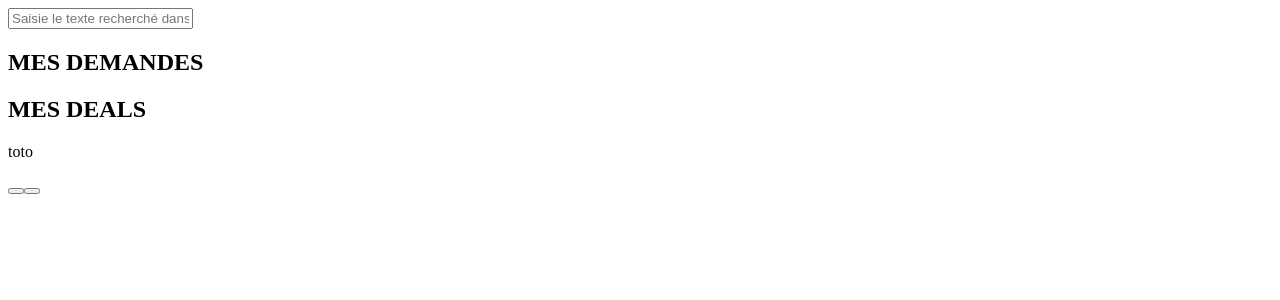
Repository: ProjetManiax/Projet-Maniax
Page: http://localhost/database/application/views/viewDeal.php
These files come from the project's save history. The page is drawn as it stood at one moment and after the next save; the edit follows.
The browser window is 1280 px wide. The pictures show the whole page.
The page is run by PHP 8.4 with error messages shown; the project is at /var/www/html/. application/core/MY_Config.php is not in the repository; a stand-in opens the database connection.

Above is the page before, as saved 2018-10-25 03:34:11.
Console error: SyntaxError: Unexpected token '<'

After the next save:
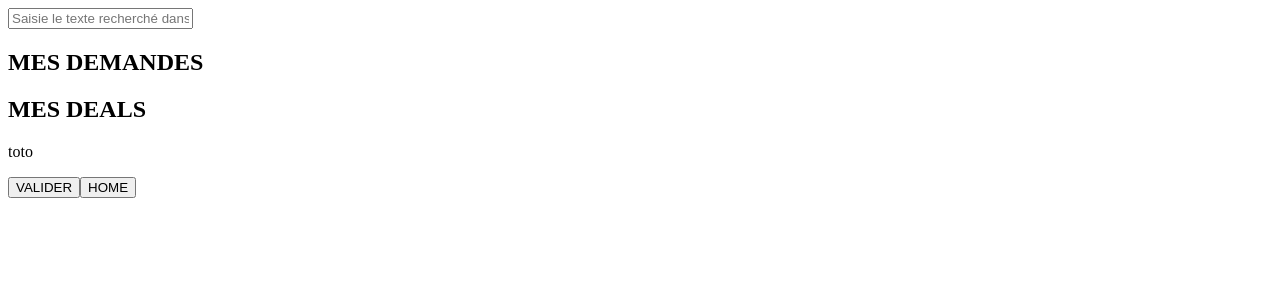
Saved 69 s later.
--- a/application/views/viewDeal.php
+++ b/application/views/viewDeal.php
@@ -33,8 +33,9 @@
         </div>
     </div>
     <div>
-    <div class="row"></div>
-        <button></button><button></button>
+        <div class="row">
+            <button>VALIDER</button><button>HOME</button>
+        </div>
     </div>
 
 </body>
